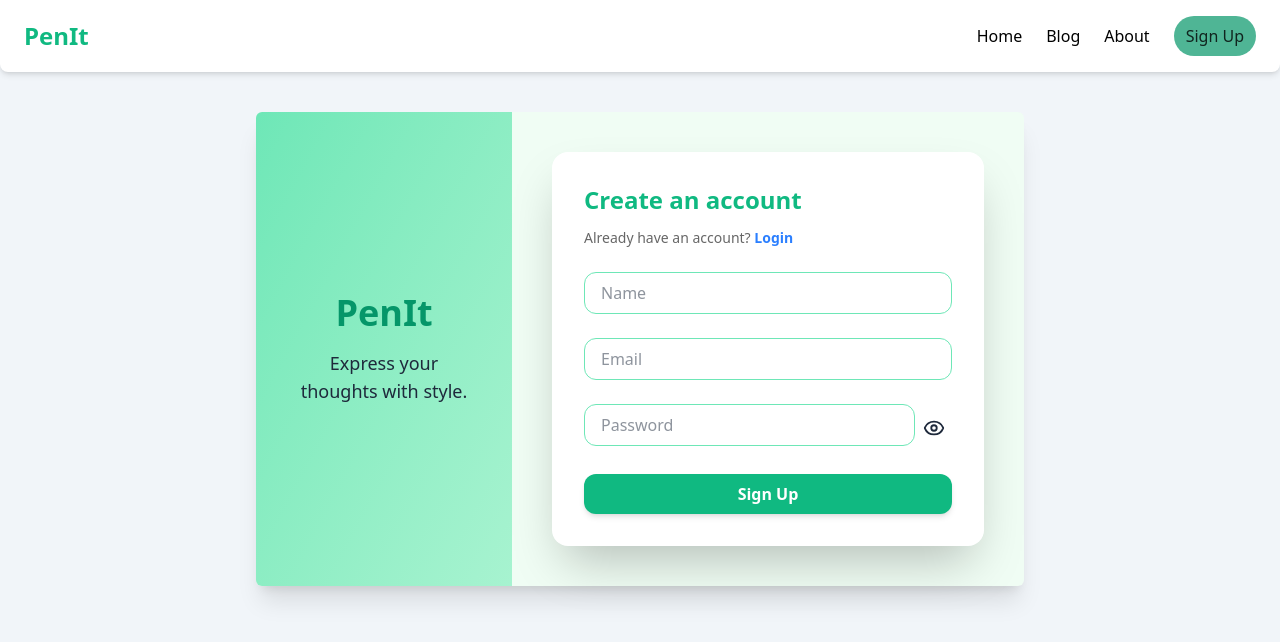
Repository: Mounika-chukkala/PenIt
Page: /signin (app in frontend/)
An editor plug-in stored every save of this project. The page is shown before and after the next save, followed by the edit.
The browser window is 1280 px wide. The pictures show the whole page.
The project was rebuilt for these pictures with package versions that can differ from the ones it lists, and the page was loaded fresh each time. Also part of the build but not shown: frontend/vite.config.js, frontend/src/Pages/Signin.jsx, frontend/src/Pages/Signup.jsx, frontend/src/components/CreateBlog.jsx, frontend/src/Pages/AddBlog.jsx.

Above is the page before, as saved 2025-05-24 11:54:15.

After the next save:
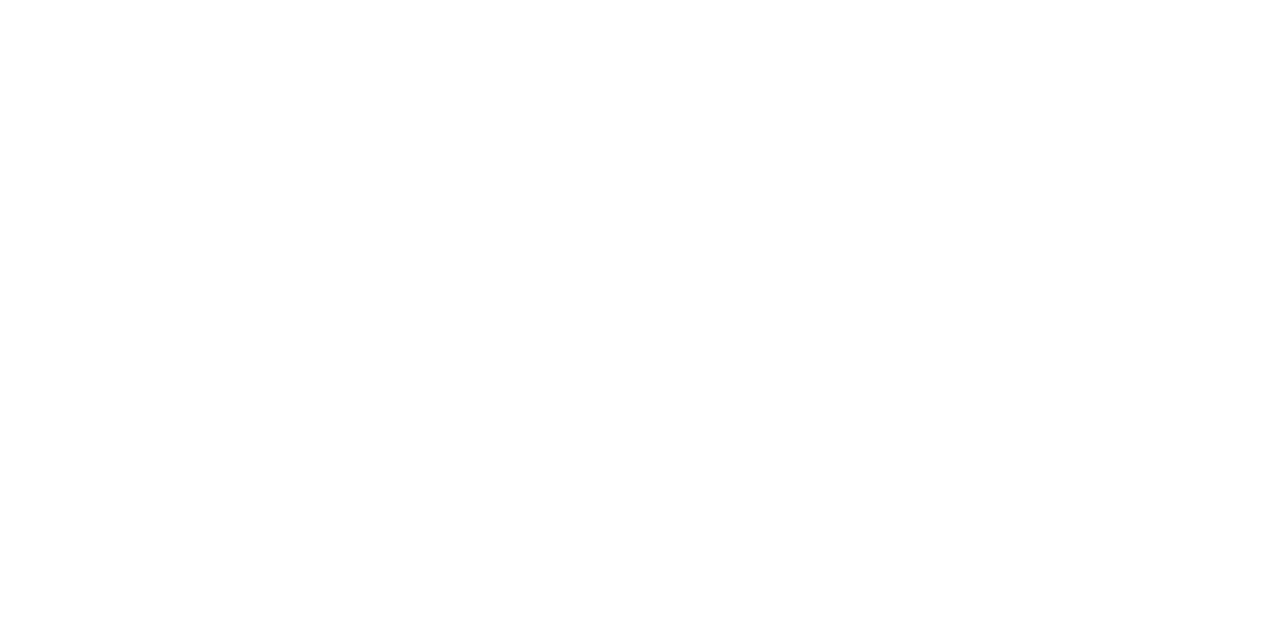
Console error: ReferenceError: type is not defined
Saved 15 s later.
--- a/frontend/src/Pages/AuthForm.jsx
+++ b/frontend/src/Pages/AuthForm.jsx
@@ -123,7 +123,7 @@
               type="submit"
               className="w-full bg-[#10B981] hover:bg-[#059669] text-white py-2 mt-4 rounded-xl font-semibold transition-all duration-200 shadow-md"
             >
-              Sign Up
+             {type}
             </motion.button>
           </form>
         </motion.div>

After the 3 saves that followed:
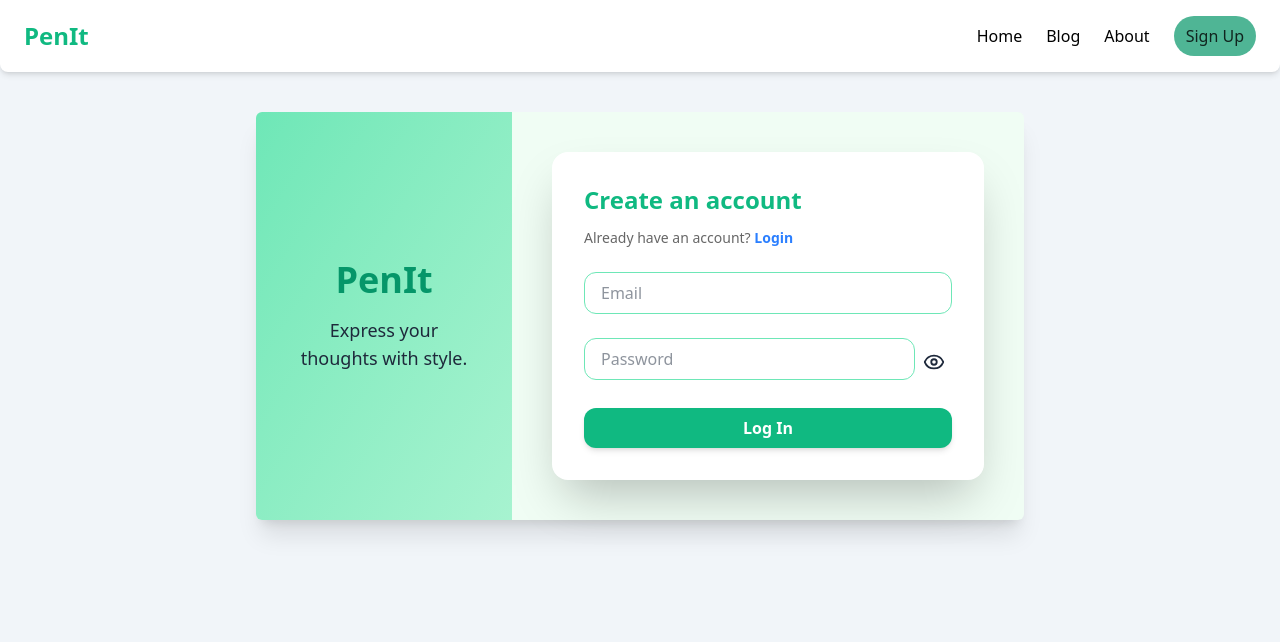
The error is gone.
The 3 saves are shown as one change because 2 left the picture as it was.
The last was saved 80 s later.
--- a/frontend/src/Pages/AuthForm.jsx
+++ b/frontend/src/Pages/AuthForm.jsx
@@ -6,7 +6,7 @@
 import { motion } from "framer-motion";
 
 
-function AuthForm() {
+function AuthForm({type}) {
   const [userData, setUserData] = useState({
     name: "",
     email: "",
@@ -82,6 +82,7 @@
           </p>
 
           <form onSubmit={handleRegister}>
+            {type=="signup" &&
             <input
               className="w-full my-3 px-4 py-2 border border-[#6EE7B7] rounded-xl focus:outline-none focus:ring-2 focus:ring-[#10B981] transition-all"
               type="text"
@@ -90,6 +91,7 @@
                 setUserData({ ...userData, name: e.target.value })
               }
             />
+}
             <input
               className="w-full my-3 px-4 py-2 border border-[#6EE7B7] rounded-xl focus:outline-none focus:ring-2 focus:ring-[#10B981] transition-all"
               type="email"
@@ -123,7 +125,7 @@
               type="submit"
               className="w-full bg-[#10B981] hover:bg-[#059669] text-white py-2 mt-4 rounded-xl font-semibold transition-all duration-200 shadow-md"
             >
-             {type}
+             {type=="signup"?"Sign Up" : "Log In"}
             </motion.button>
           </form>
         </motion.div>
